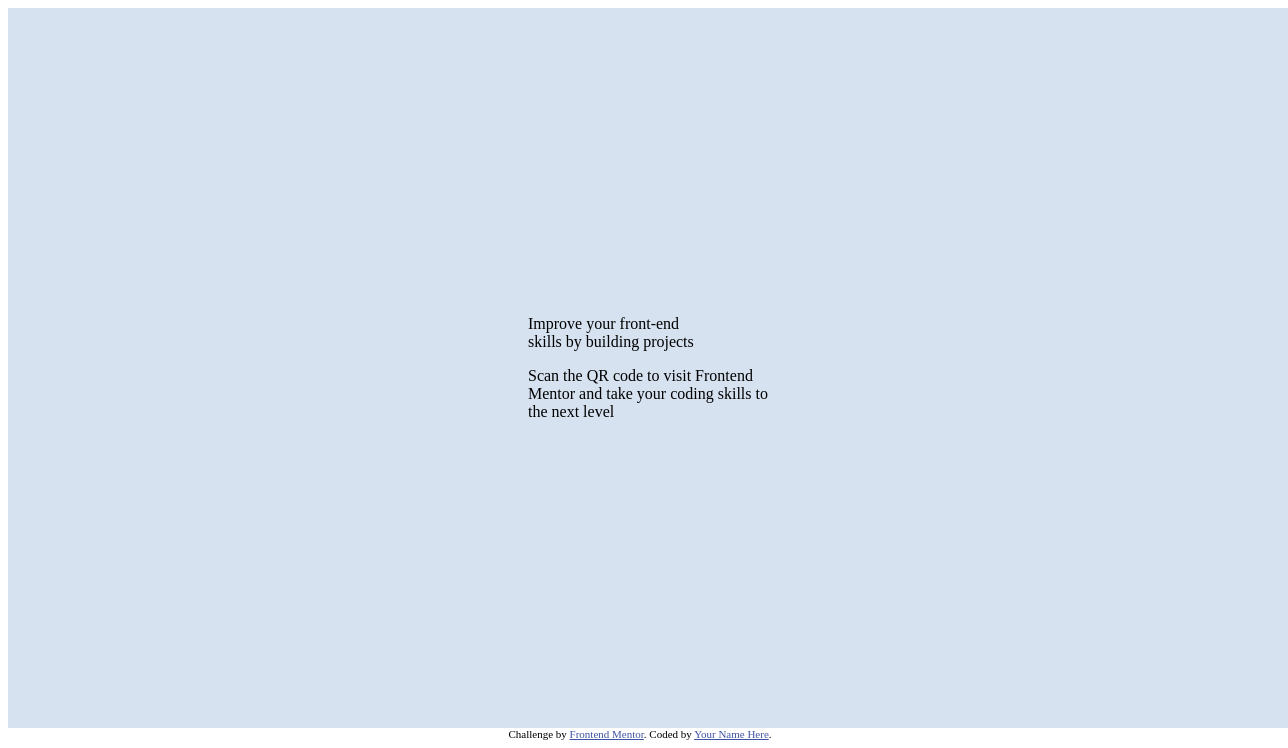
Repository: jminervino/CSS-QRCodeResponsive
Page: index.html
An editor plug-in stored every save of this project. The page is shown before and after the next save, followed by the edit.
The browser window is 1280 px wide. The page is 1288 px wide, so the pictures cover 1288 px, including what lies to the right of the window. The pictures show the whole page.

Above is the page before, as saved 2022-02-08 19:19:11.

### index.html
<!DOCTYPE html>
<html lang="en">
<head>
  <meta charset="UTF-8">
  <meta name="viewport" content="width=device-width, initial-scale=1.0"> <!-- displays site properly based on user's device -->

  <link rel="icon" type="image/png" sizes="32x32" href="./images/favicon-32x32.png">
  <link rel="stylesheet" href="style.css">

  <title>Frontend Mentor | QR code component</title>

  <!-- Feel free to remove these styles or customise in your own stylesheet 👍 -->
  <style>
    .attribution { font-size: 11px; text-align: center; }
    .attribution a { color: hsl(228, 45%, 44%); }
  </style>
</head>
<body>
    <main>
        <div class="container">
            <div class="qrcode">

            </div>
            <div>
              <p>Improve your front-end <br> skills by building projects</p>

              <p>Scan the QR code to visit Frontend <br> Mentor and take your coding skills to <br> the next level</p>
            </div>
        </div>
    </main>
      <div class="attribution">
        Challenge by <a href="https://www.frontendmentor.io?ref=challenge" target="_blank">Frontend Mentor</a>.
        Coded by <a href="#">Your Name Here</a>.
      </div>
</body>
</html>

### style.css
main {
    display: flex;
    align-items: center;
    justify-content: center;
    width: 100vw;
    height: 100vh;
    background-color: hsl(212, 45%, 89%);
}

After the next save:
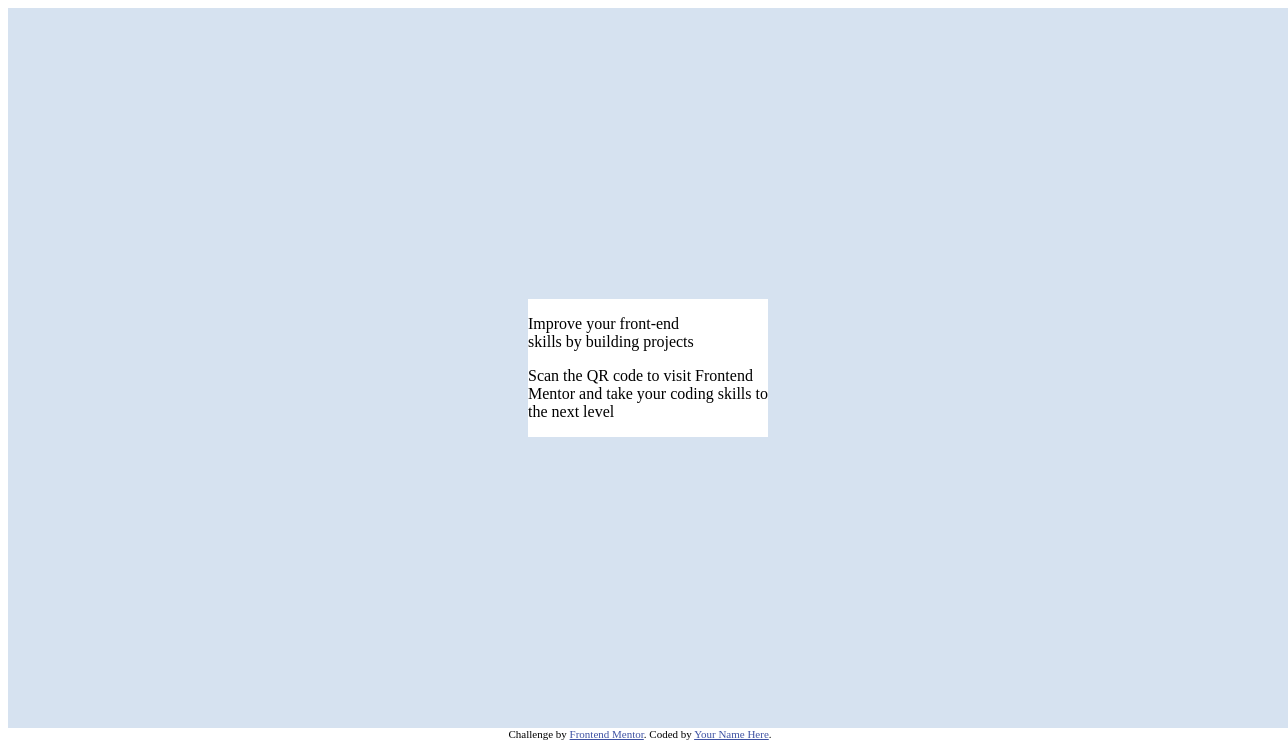
Saved 59 s later.
--- a/style.css
+++ b/style.css
@@ -6,3 +6,7 @@
     height: 100vh;
     background-color: hsl(212, 45%, 89%);
 }
+
+.container{
+    background-color: hsl(0, 0%, 100%);
+}
